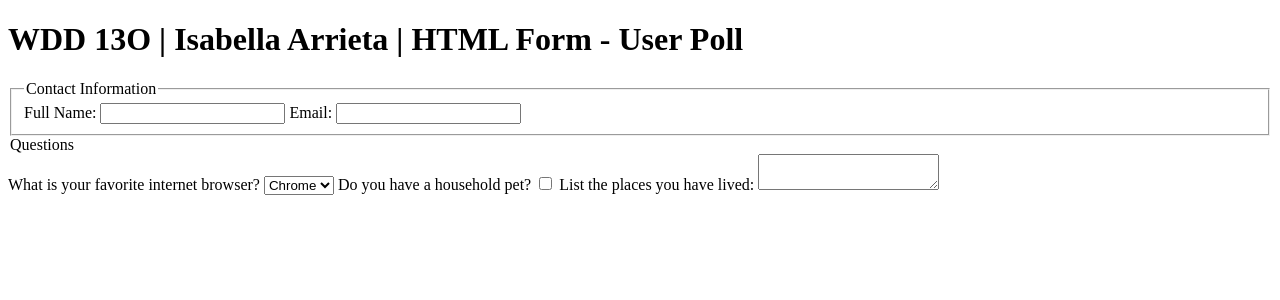
Repository: isaAJ05/wdd130
Page: week05/poll-form.html
An editor plug-in stored every save of this project. The page is shown before and after a run of saves, followed by the edit.
The browser window is 1280 px wide. The pictures show the whole page.

Above is the page before, as saved 2025-06-14 18:22:00.

### week05/poll-form.html
<!DOCTYPE html>
<html lang="en-us">
<head>
    <meta charset="UTF-8">
    <meta name="viewport" content="width=device-width, initial-scale=1.0">
    <title>WDD 130 | HTML Form - User Poll</title>
</head>
<body>
    <header>
        <h1>WDD 13O | Isabella Arrieta | HTML Form - User Poll</h1>
    </header>
    <main>
        <form>
            <fieldset>
                <legend>Contact Information</legend>
                <label>Full Name: <input type="text" name="fullname"></label>
                <label>Email: <input type="email" id="useremail" name="useremail"></label>
            </fieldset>
                <legend>Questions</legend>
                <label for="browser">What is your favorite internet browser?</label>
                <select id="browser" name="browser">
                    <option value="chrome">Chrome</option>
                    <option value="firefox">Firefox</option>
                    <option value="safari">Safari</option>
                    <option value="edge">Edge</option>
                    <option value="brave">Brave</option>
                    <option value="other">Other</option>
                </select>
                <label for="pet">Do you have a household pet?</label>
                <input type="checkbox" id="pet" name="pet">
                <label for="feedback">List the places you have lived:</label>
                <textarea id="feedback" name="feedback"
            <fieldset>

            </fieldset>
        </form>
    </main>
    <footer>
        <p>©️2025 | HTML Form - User Poll Activity | Isabella Arrieta</p>

    </footer>
</body>
</html>

After the next 2 saves:
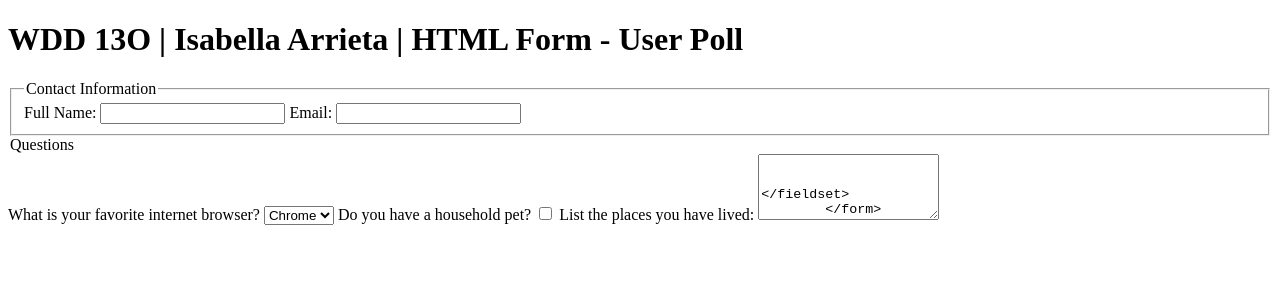
The 2 saves are shown as one change because they came seconds apart.
The last was saved 6 s later.
--- a/week05/poll-form.html
+++ b/week05/poll-form.html
@@ -29,7 +29,7 @@
                 <label for="pet">Do you have a household pet?</label>
                 <input type="checkbox" id="pet" name="pet">
                 <label for="feedback">List the places you have lived:</label>
-                <textarea id="feedback" name="feedback"
+                <textarea id="feedback" name="feedback" rows="4"
             <fieldset>
 
             </fieldset>
